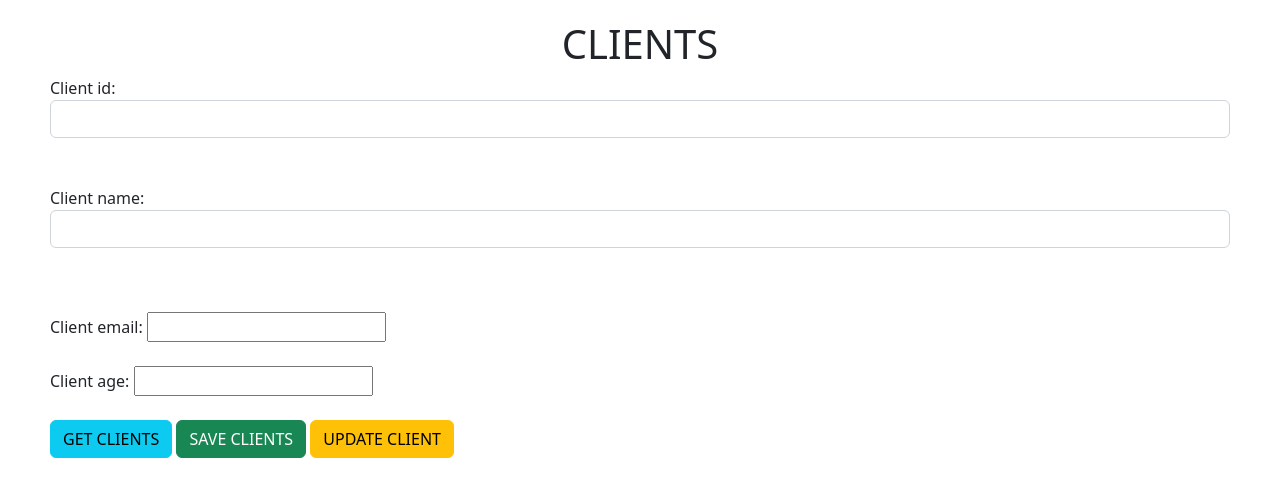
Repository: almendezl/MisionTIC
Page: index.html
An editor plug-in stored every save of this project. The page is shown before and after the next save, followed by the edit.
The browser window is 1280 px wide. The pictures show the whole page.

Above is the page before, as saved 2022-10-01 21:34:18.

### index.html
<html lang="en">
<head>
    <meta charset="UTF-8">
    <meta http-equiv="X-UA-Compatible" content="IE=edge">
    <meta name="viewport" content="width=device-width, initial-scale=1.0">
    <link rel="stylesheet" href="styles.css">
    <title>MISION TIC 2022 RETO 2</title>
</head>
<!-- add jquery api -->
<script src="https://ajax.googleapis.com/ajax/libs/jquery/3.6.1/jquery.min.js"></script>
<!-- add bootstrap -->

<link href="https://cdn.jsdelivr.net/npm/bootstrap@5.2.1/dist/css/bootstrap.min.css" rel="stylesheet" integrity="sha384-iYQeCzEYFbKjA/T2uDLTpkwGzCiq6soy8tYaI1GyVh/UjpbCx/TYkiZhlZB6+fzT" crossorigin="anonymous">
<!-- add the file with the script -->
<script type="text/javascript" src="myScript.js"></script>
<body>
    <h1 class="text-center">CLIENTS</h1>
    <form action="">
        <div class="form-group">
            <label >Client id: </label>
            <input class="form-control" type="number" id="clientId"> <br> <br>
        </div>

        <div class="form-group">
            <label >Client name: </label>
            <input class="form-control" type="text" id="clientName"><br><br>
        </div>

    </form>




    Client email: <input type="text" id="clientEmail"><br><br>
    Client age: <input type="number" id="clientAge"><br><br>


    <button class="btn btn-info" onclick="getClients()">GET CLIENTS</button>

    <button class="btn btn-success" onclick="setClient()">SAVE CLIENTS</button>

    <button class="btn btn-warning" onclick="updateClient()">UPDATE CLIENT</button><br><br>

    <div id="clientsList">

    </div>



</body>
</html>

### styles.css
body {

    padding: 20px 50px;
  }

### myScript.js
function getClients(){

    $.ajax({
        url:'https://gbc0751b79176df-fy68ude9ajgxmklv.adb.us-ashburn-1.oraclecloudapps.com/ords/admin/client/client',
        type: 'GET',
        dataType: 'json',

        success: function(clients){
            console.log(clients);
            let cs= clients.items;
            //$('#clientsList').append("<h2>Clients List</h2>");
            $('#clientsList').empty();
            for(i = 0; i<cs.length; i++){
                $('#clientsList').append("<b>"+cs[i].id+" "+cs[i].name+" </b> "+cs[i].email+"   <button class='btn btn-danger' onclick='deleteClient("+cs[i].id+")'>DELETE</button>"+"<br>");
                //$('#clientsList').append();
            }

        },
        error: function(xhr, status){
            alert("A problem has occurred");
        },
        complete: function(xhr, status){
            //alert("Request made");
        }
    });

}

function setClient(){

    let clientId = $("#clientId").val();
    let clientName = $("#clientName").val();
    let clientEmail = $("#clientEmail").val();
    let clientAge = $("#clientAge").val();

    let data = {
        id: clientId,
        name: clientName,
        email: clientEmail,
        age: clientAge

    };

    let dataToSend = JSON.stringify(data);

    console.log(dataToSend);

    $.ajax({
        url:'https://gbc0751b79176df-fy68ude9ajgxmklv.adb.us-ashburn-1.oraclecloudapps.com/ords/admin/client/client',
        type: 'POST',
        //dataType: 'json',
        data: dataToSend,
         contentType: "application/json",

        success: function(json){
            console.log(json);
            //Clean the inputs
            $("#clientId").val('');
            $("#clientName").val('');
            $("#clientEmail").val('');
            $("#clientAge").val('');
            getClients();
        },
        error: function(xhr, status){
            //alert("A problem has occurred");

        },
        complete: function(xhr, status){
            //alert("Request made");

        }
    });

}

function updateClient(){
    let clientId = $("#clientId").val();
    let clientName = $("#clientName").val();
    let clientEmail = $("#clientEmail").val();
    let clientAge = $("#clientAge").val();

    let data = {
        id: clientId,
        name: clientName,
        email: clientEmail,
        age: clientAge

    };

    let dataToSend = JSON.stringify(data);

    console.log(dataToSend);

    $.ajax({
        url:'https://gbc0751b79176df-fy68ude9ajgxmklv.adb.us-ashburn-1.oraclecloudapps.com/ords/admin/client/client',
        type: 'PUT',
        //dataType: 'json',
        data: dataToSend,
        contentType: "application/json",

        success: function(json){
            console.log(json);
            //Clean the inputs
            $("#clientId").val('');
            $("#clientName").val('');
            $("#clientEmail").val('');
            $("#clientAge").val('');
            getClients();
        },
        error: function(xhr, status){
            //alert("A problem has occurred");

        },
        complete: function(xhr, status){
            //alert("Request made");

        }
    });
}

function deleteClient(clientId){


    let data = {
        id: clientId

    };

    let dataToSend = JSON.stringify(data);

    console.log(dataToSend);

    $.ajax({
        url:'https://gbc0751b79176df-fy68ude9ajgxmklv.adb.us-ashburn-1.oraclecloudapps.com/ords/admin/client/client',
        type: 'DELETE',
        //dataType: 'json',
        data: dataToSend,
        contentType: "application/json",

        success: function(json){
            console.log(json);
            //Clean the inputs
            $("#clientId").val('');
            $("#clientName").val('');
            $("#clientEmail").val('');
            $("#clientAge").val('');
            getClients();
        },
        error: function(xhr, status){
            //alert("A problem has occurred");

        },
        complete: function(xhr, status){
            //alert("Request made");

        }
    });
}

After the next save:
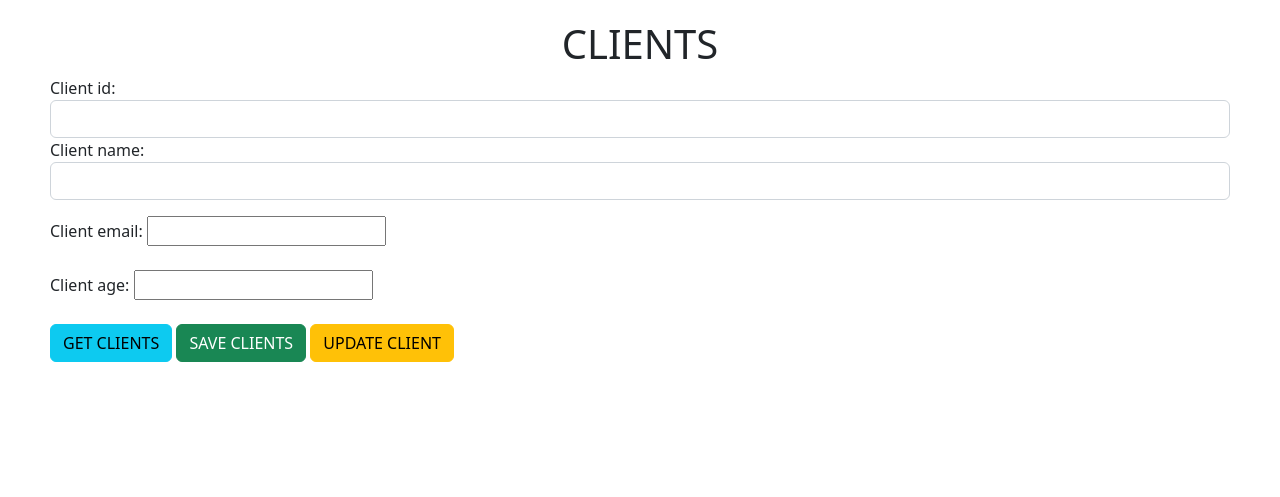
Saved 14 s later.
--- a/index.html
+++ b/index.html
@@ -18,12 +18,12 @@
     <form action="">
         <div class="form-group">
             <label >Client id: </label>
-            <input class="form-control" type="number" id="clientId"> <br> <br>
+            <input class="form-control" type="number" id="clientId">
         </div>
 
         <div class="form-group">
             <label >Client name: </label>
-            <input class="form-control" type="text" id="clientName"><br><br>
+            <input class="form-control" type="text" id="clientName">
         </div>
 
     </form>
